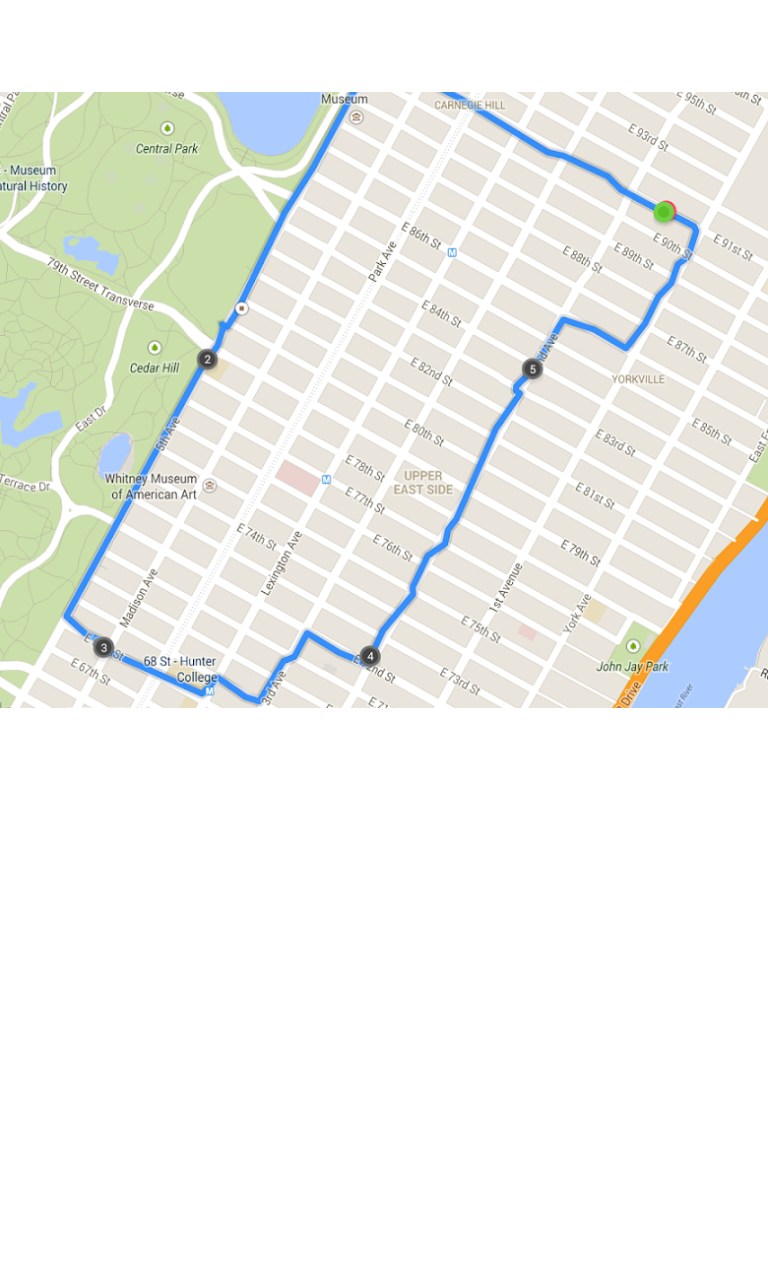
Repository: dekeym/Projet-IHM
Layout: WorkSpace/ChallengeMe/res/layout/fragment_activity.xml
The author's editor kept a copy of each file at every save. The layout is drawn from the files as they stood at one save, then again after the next save.
It is drawn on a 768 x 1280 px phone screen (xhdpi) without system bars, with theme android:Theme.Holo.Light.DarkActionBar; the app's code is not run.

Above is the layout before, as saved 2014-12-18 10:44:55.

After the next save:
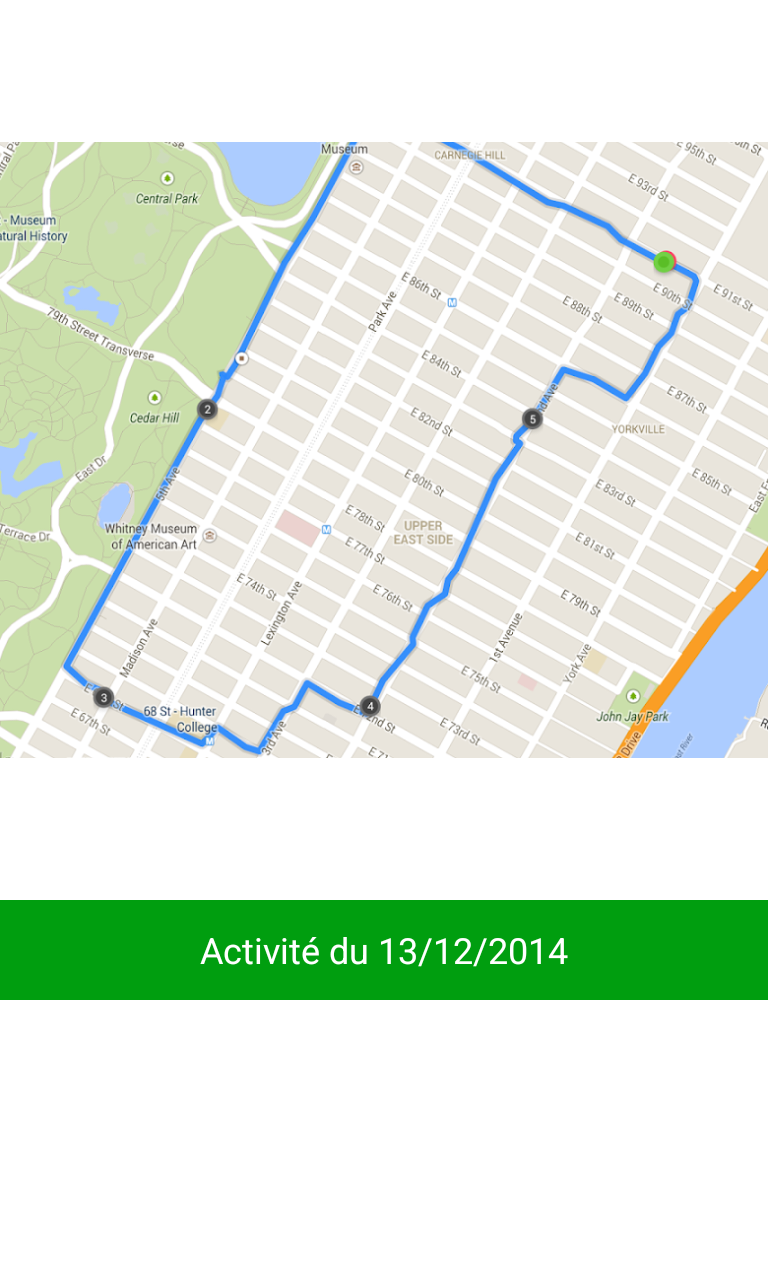
Saved 5 min 34 s later.
--- a/WorkSpace/ChallengeMe/res/layout/fragment_activity.xml
+++ b/WorkSpace/ChallengeMe/res/layout/fragment_activity.xml
@@ -4,27 +4,24 @@
     android:layout_width="match_parent"
     android:layout_height="match_parent" >
 
+    <ImageView
+        android:id="@+id/imageView1"
+        android:layout_width="550dp"
+        android:layout_height="450dp"
+        android:layout_alignParentLeft="true"
+        android:layout_alignParentTop="true"
+        android:src="@drawable/map" />
+
     <TextView
         android:id="@+id/textView1"
         android:layout_width="500dp"
         android:layout_height="50dp"
         android:layout_alignParentLeft="true"
-        android:layout_alignParentTop="true"
-        android:layout_marginTop="1048dp"
-        android:layout_x="-2dp"
-        android:layout_y="422dp"
+        android:layout_below="@+id/imageView1"
         android:background="#009e0f"
         android:gravity="center"
         android:text="Activité du 13/12/2014"
         android:textAppearance="?android:attr/textAppearanceMedium"
         android:textColor="@android:color/white" />
 
-    <ImageView
-        android:id="@+id/imageView1"
-        android:layout_width="500dp"
-        android:layout_height="400dp"
-        android:layout_alignParentLeft="true"
-        android:layout_alignParentTop="true"
-        android:src="@drawable/map" />
-
 </RelativeLayout>
